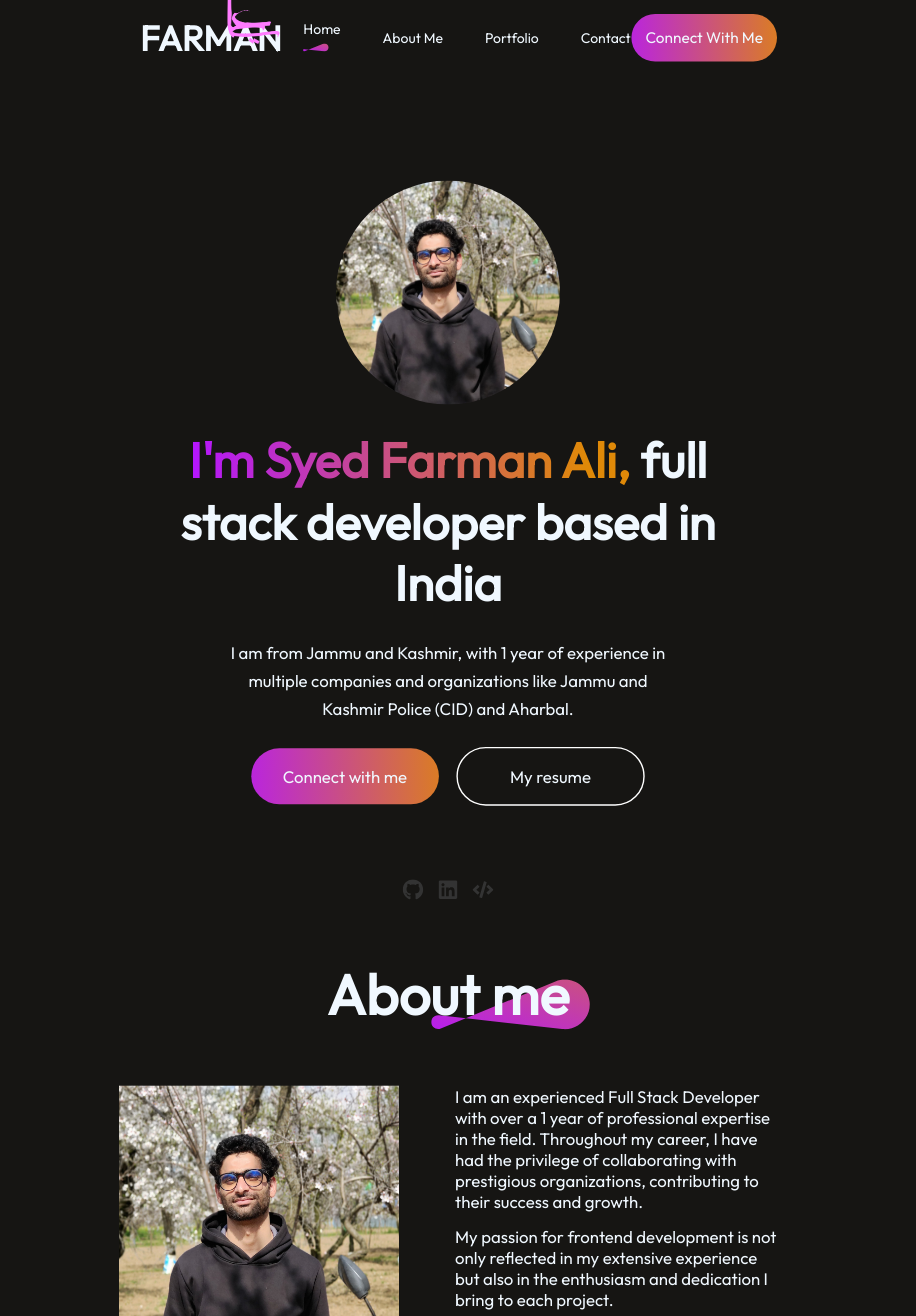
Repository: FARMAN9/portfolio_React
Page: /
The author's editor kept a copy of each file at every save. The page is drawn from the files as they stood at one save, then again after the next save.
The browser window is 1280 px wide. The page is 1309 px wide, so the pictures cover 1309 px, including what lies to the right of the window. The pictures show the part of the page from y = 0 to 1880 px (the page is 4995 px tall), at 70% of full size.
The project was rebuilt for these pictures with package versions that can differ from the ones it lists, and the page was loaded fresh each time. Also part of the build but not shown: vite.config.js.

Above is the page before, as saved 2024-10-16 20:01:12.

### index.html
<!doctype html>
<html lang="en">
  <head>
    <meta charset="UTF-8" />
    <link rel="icon" type="image/svg+xml" href="/bac.svg" />
    <meta name="viewport" content="width=device-width, initial-scale=1.0" />
    <title>Portfoilo</title>
    <link rel="preconnect" href="https://fonts.googleapis.com">
<link rel="preconnect" href="https://fonts.gstatic.com" crossorigin>
<link href="https://fonts.googleapis.com/css2?family=Outfit&display=swap" rel="stylesheet">


  </head>
  <body>
    <div id="root"></div>

    <script type="module" src="/src/main.jsx"></script>
  </body>
</html>

### src/App.jsx

import NavBar from './Components/Navbar/NavBar'
import Hero from './Components/Hero/Hero'
import About from './Components/About/About'
import MyWork from './Components/MyWork/MyWork'
import Contact from './Components/Contact/Contact'
import Footer from './Components/Footer/Footer'
import React from 'react';

function App() {


  return (
  <>
  <NavBar/>
  <Hero/>
  <About/>
  <MyWork/>
  <Contact/>
  <Footer/>
  </>
  )
}

export default App

### src/index.css

*{
  margin: 0;
  padding: 0;

}
body{
  height: 100vh;
  background: #161513;
  color: aliceblue;
  font-family: outfit;
}

### src/Components/Navbar/NavBar.jsx
import React, { useRef, useState,useEffect } from 'react';
import './Navbar.css';
import ali from '../../assets/ali.png'
import backgound from '../../assets/nav_underline.svg'
import AnchorLink from 'react-anchor-link-smooth-scroll'
import menu_open from '../../assets/menu_open.svg'
import menu_close from '../../assets/menu_close.svg'



function NavBar() {



  const [menu,setMenu]=useState('home')
  const menuRef =useRef();
  const openMenu=()=>{
    menuRef.current.style.right='0'
  }
  const closeMenu=()=>{
    menuRef.current.style.right='-350px'
  }
  return (
    <nav className='navbar'>
      <div className='logo'>
      <AnchorLink className='anchor-link' href='#home'>
      <h1>FARMAN</h1>
      <img src={ali} alt="" />
      </AnchorLink>
      </div>
      <img src={menu_open}  onClick={openMenu} alt="" className='nav-mob-open' />

            <ul ref={menuRef} className='nav-menu'>
            <img src={menu_close} alt="" className='nav-mob-close' onClick={closeMenu}/>
             <li> <AnchorLink className='anchor-link' href='#home'><p onClick={()=>setMenu('home')}>Home</p> </AnchorLink>{menu ==='home' ? <img src ={backgound} alt=''/>:<></> }</li>
             <li><AnchorLink className='anchor-link' offset={50} href='#about'><p onClick={()=>setMenu('about')}>About Me</p></AnchorLink>{menu ==='about' ? <img src ={backgound} alt=''/>:<></> }</li>
             <li><AnchorLink className='anchor-link' offset={50} href='#work'><p onClick={()=>setMenu('work')}>Portfolio</p></AnchorLink>{menu ==='work' ? <img src ={backgound} alt=''/>:<></> }</li>
             <li><AnchorLink className='anchor-link' offset={50} href='#contact'><p onClick={()=>setMenu('contact')}>Contact</p></AnchorLink>{menu ==='contact' ? <img src ={backgound} alt=''/>:<></> }</li>
            </ul>
            <div className="nav-connect"><AnchorLink className='anchor-link' offset={50} href='#contact'>Connect With Me</AnchorLink></div>

    </nav>
  )
}

export default NavBar

### src/Components/Hero/Hero.jsx
import "./Hero.css";
import profile from "../../assets/profile.jpg";
import AnchorLink from "react-anchor-link-smooth-scroll";
import { FaGithub, FaLinkedin, FaCode } from "react-icons/fa";
import React, { useRef, useEffect } from "react";
import gsap from "gsap";
import { ScrollTrigger } from "gsap/ScrollTrigger";

// Register ScrollTrigger plugin
gsap.registerPlugin(ScrollTrigger);

function Hero() {
  const hero = useRef(null);

  useEffect(() => {
    gsap.to(hero.current, {
      x: 100,
      rotate: "360",
      duration: 0.5,
      repeat: -1,
      yoyo: true,
      scrollTrigger: {
        trigger: hero.current,
        start: "top bottom",
        end: "top 50%",
        scrub: true,
      },
    });
  }, []);

  return (
    <div id="home" className="hero" ref={hero}>
      <img src={profile} alt="profile" />
      <h1>
        <span className="myname">I'm Syed Farman Ali,</span> full stack
        developer based in India
      </h1>
      <p>
        I am from Jammu and Kashmir, with 1 year of experience in multiple
        companies and organizations like Jammu and Kashmir Police (CID) and
        Aharbal.
      </p>
      <div className="hero-action">
        <div className="hero-connect">
          <AnchorLink className="anchor-link" offset={50} href="#contact">
            Connect with me
          </AnchorLink>
        </div>
        <a
          className="hero-resume"
          href="https://rxresu.me/farman9/python-django-developer">
          My resume
        </a>
      </div>
      <div className="hero-socials">
        <a
          href="https://github.com/farman9"
          target="_blank"
          rel="noopener noreferrer">
          <FaGithub size={30} />
        </a>
        <a
          href="https://www.linkedin.com/in/farman9"
          target="_blank"
          rel="noopener noreferrer">
          <FaLinkedin size={30} />
        </a>
        <a
          href="https://leetcode.com/u/saeedfarman9/"
          target="_blank"
          rel="noopener noreferrer">
          <FaCode size={30} />
        </a>
      </div>
    </div>
  );
}

export default Hero;

### src/Components/About/About.jsx
import React from 'react'
import'./About.css'
import bac from '../../assets/bac.svg'
import profile from '../../assets/profile.jpg'


function About() {
  const skills = [
    { name: 'JavaScript', value: 70 },
    { name: 'Python', value: 80 },
    { name: 'Java', value: 50 },
    { name: 'HTML', value: 75 },
    { name: 'CSS', value: 70 },
    { name: 'Django', value: 60 },
    { name: 'Fastapi', value: 50 },

  ];

  return (
    <div id='about' className='about'>
        <div className="about-title">
            <h1>About me</h1>
            <img src={bac} alt="" />
        </div>
        <div className="about-sections">
        <div className="about-left">
        <img src={profile} alt="" />
       </div>
       <div className="about-right">
       <div className="about-para">
        <p>I am an experienced Full Stack Developer with over a 1 year of professional expertise in the field. Throughout my career, I have had the privilege of collaborating with prestigious organizations, contributing to their success and growth.</p>
        <p>My passion for frontend development is not only reflected in my extensive experience but also in the enthusiasm and dedication I bring to each project.</p>
       </div>
       <div className="about-skills">
        {
            skills.map((skill)=><div className="about-skill" key={skill.name}><p>{skill.name}</p><hr style={{width:`${skill.value}%`}} /></div>)
        }

      </div>
        </div>
        </div>
        <div className="about-achievements">
<div className="about-achievement">
<h1>1</h1>
<p>YEAR OF EXPERIENCE</p>
</div>
<hr />
<div className="about-achievement">
<h1>4+</h1>
<p>PROJECTS COMPLETED</p>
</div>
<hr />
<div className="about-achievement">
<h1>2+</h1>
<p>HAPPY CLIENTS</p>
</div>
</div>
    </div>
  )
}

export default About

### src/Components/MyWork/MyWork.jsx
import React, { useImperativeHandle } from "react";
import "./MyWork.css";
import bac from "../../assets/bac.svg";
import soon from "../../assets/coming_soon.gif";
import port_react from "../../assets/projects/portfilo_react.png";
import myntra from "../../assets/projects/mytra.png";
import youtube from "../../assets/projects/yt.png";
import djano_port from "../../assets/projects/django_port.png";
import dpt from "../../assets/projects/dpt.png";
import nws from "../../assets/projects/news.png";

function MyWork() {
  const mywork_data = [
    {
      w_no: 1,
      w_name: "portfolio_React",
      w_img: port_react,
      link: "https://github.com/FARMAN9/portfolio_React",
    },
    {
      w_no: 2,
      w_name: "mytra",
      w_img: myntra,
      link: "https://github.com/FARMAN9/myntra-clone-",
    },
    {
      w_no: 3,
      w_name: "youtube",
      w_img: youtube,
      link: "https://github.com/FARMAN9/youtube-clone",
    },
    {
      w_no: 4,
      w_name: "portfoilo_django",
      w_img: djano_port,
      link: "https://github.com/FARMAN9/portfoilo_django",
    },
    {
      w_no: 5,
      w_name: "DPS",
      w_img: dpt,
      link: "https://github.com/FARMAN9/Diabetes-prediction",
    },
    {
      w_no: 6,
      w_name: "oldNews_paper ",
      w_img: nws,
      link: "https://oldnews-paper.vercel.app/",
    },
    {
      w_no: 7,
      w_name: "soon",
      w_img: soon,
      link: "",
    },
  ];
  return (
    <div id="work" className="mywork">
      <div className="mywork-title">
        <h1>My Latest work</h1>
        <img src={bac} alt="" />
      </div>

      <div className="mywork-container">
        {mywork_data.map((data, index) => {
          return (
            <div key={index}>
              <a href={data.link}>
                <img src={data.w_img} alt="" />
              </a>
            </div>
          );
        })}
      </div>
    </div>
  );
}

export default MyWork;

### src/Components/Footer/Footer.jsx
import React from "react";
import "./Footer.css";
import ali from "../../assets/ali.png";
import AnchorLink from 'react-anchor-link-smooth-scroll'

function Footer() {
  return (
    <div className="footer">
      <div className="footer-top">
        <div className="footer-top-left">
          <div className="logo">
          <AnchorLink className='anchor-link' offset={50} href='#home'>
            <h1>FARMAN</h1>
            <img src={ali} alt="" />
            </AnchorLink>
          </div>

        </div>
        <p>
        I wanted to take a moment to thank you for visiting my portfolio. Your time and interest in my work are truly appreciated.
        If you have any feedback, questions, or opportunities you'd like to discuss, please don't hesitate to reach out. I'm always eager to connect and explore new possibilities.
          </p>
        <div className="footer-top-right">

        </div>

        </div>
        <hr />

        <div className="footer-bottom">
          <p className="footer-bottm-left">
            {" "}
            © 2024 Syed Farman Ali. All rights reserved.{" "}
          </p>

          <div className="footer-bottom-right">
            <p>Term of Services</p>
            <p>Privacy Policy</p>
            <AnchorLink className='anchor-link' offset={50} href='#contact'> <p>Connect with me</p></AnchorLink>
          </div>
        </div>

    </div>
  );
}

export default Footer;

### src/Components/Navbar/Navbar.css
.navbar{
display: flex ;
align-items: center;
justify-content: space-between;
margin: 20px 170px;
}
.nav-menu{
    display: flex;
    align-items: center;
    list-style: none;
    gap:60px;
    font-size: 20px;

}
.nav-connect
{
    padding: 20px;
    border-radius: 50px;
    background: linear-gradient(267deg,#DA7C25 0.36%,#B923E1 102.0% );
    font-size:22px ;
    cursor: pointer;
    transition: 0.5s;

}
.nav-connect:hover
{
   transform: scale(1.05);

}



.logo{
    position: relative;
    }
.logo h1{
    padding: 0px 30px;
    font-size: 50px;
    font-weight: 600%;
    z-index: -1;

    }


.logo img{
    position: absolute;
    bottom:0;
    right: 0;

    width: 150px;
    height: 150px;

}

.anchor-link{
   text-decoration: none;
   color: aliceblue;
}
.nav-mob-close
{
    display: none;
}
.nav-mob-open{
    display: none;
}


@media(max-width:768px) {
    .navbar{
        margin: 20px 50px;
    }
    .nav-connect{
        display: none;
    }
    .nav-mob-open{
        display: block;
        position: fixed;
        right: 30px;
    }
    .nav-mob-close{
        display: block;
        position: relative;
        top: 30px;
        left: 110px;
        width: 30px;


    }
    .nav-menu{
        position: fixed;
        flex-direction: column;
        align-items: center;
        top:0;
        gap:30px;
        background-color: #1f0016;
        width: 350px;
        height: 100%;
        z-index: 2;
        transition: right 0.5s;
        right: -350px;
    }
    .nav-menu li{
        font-size: 30px;

        padding-left: 0;
        flex-direction: row;
        gap:20px;

    }

}

### src/Components/Hero/Hero.css
.hero {
  display: flex;
  flex-direction: column;
  align-items: center;
  gap: 35px;
}
.hero img {
  margin-top: 150px;
  border-radius: 50%;
  width: 20rem;
  height: 20rem;
}

.hero h1 {
  text-align: center;

  font-weight: 600;
  width: 70%;
  font-size: 70px;
}
.hero h1 span {
  background: linear-gradient(270deg, #df8908 10%, #b415ff 100%);
  background-clip: text;
  -webkit-background-clip: text;
  -webkit-text-fill-color: transparent;
}
.hero-socials img {
  width: 30px;
  height: 30px;
  cursor: pointer;
}
.hero p {
  width: 50%;
  text-align: center;
  font-size: 24px;
  line-height: 40px;
}
.hero-action {
  display: flex;
  align-items: center;
  gap: 25px;
  font-size: 24px;
  font-weight: 500;
  margin-bottom: 50px;
}
.hero-connect {
  padding: 25px 45px;
  border-radius: 50px;
  background: linear-gradient(267deg, #da7c25 0.36%, #b923e1 102%);
  cursor: pointer;
}
.hero-resume {
  padding: 25px 75px;
  border-radius: 50px;
  border: 2px solid #fff;
  cursor: pointer;
  color: aliceblue;
  text-decoration: none;
}

.hero-connect:hover {
  border: 2px solid white;
}
.hero-resume:hover {
  border-color: #b415ff;
}
.hero-socials {
  margin-top: 20px;
}

.hero-socials a {
  margin: 0 10px;
  color: #333;
  transition: color 0.3s;
}

.hero-socials a:hover {
  color: #b415ff; /* You can change this color to match the theme */
}
@media (max-width: 768px) {
  .hero img {
    margin-top: 120px;
    width: 260px;
  }
  .hero h1 {
    margin-top: 50px;
    width: 90%;
    font-size: 50px;
  }
  .hero p {
    width: 60%;
    font-size: 18px;
    line-height: 32px;
    margin: 10px 0px;
  }
  .hero-action {
    gap: 16px;
    font-size: 18px;
    font-weight: 500;
    margin-bottom: 50px;
  }
  .hero-connect {
    padding: 20px 30px;
    border-radius: 40px;
  }
  .hero-resume {
    padding: 20px 50px;
    border-radius: 40px;
  }
}

### src/Components/MyWork/MyWork.css
.mywork{
    display: flex;
    flex-direction: column;
    align-items: center;
    justify-content: center;
    gap:80px;
    margin: 80px 170px;
}
.mywork-title{
    position: relative;
}
.mywork-title h1{
    padding: 0px 30px;
        font-size: 80px;
        font-weight: 600%;
}
.mywork-title img{
    position: absolute;
        bottom: 0;
        right: 0;
        z-index: -1;
}

.mywork-container{
    display: grid;
    grid-template-columns: 1fr 1fr 1fr ;
    gap :40px;
}

.mywork-container img {
    box-sizing: border-box;
    width: 419px;
    height: 280px;
    transition: 0.3s;
    cursor: pointer;
}
.mywork-container img:hover {
   transform: scale(1.10);
   border: 4px solid #ff00ff;
   border-radius: 10px;
   transition: 0.3s;
}


@media(max-width:768px){
    .mywork{
        gap: 50px;
        margin: 50px 70px;
        align-items: start;
    }
    .mywork-title h1{
        padding: 0;
        font-size: 50px;
        font-weight: 600;

    }
    .mywork-title img{
        width: 130px;
        margin-right:-20px;
    }
    .mywork-container{
        grid-template-columns: 1fr 1fr;
    }
    .mywork-container img{
        width: 100%;
        height: 100%;
    }


}

### src/Components/Footer/Footer.css


.logo{
    position: relative;
    }
.logo h1{
    padding: 0px 30px;
    font-size: 50px;
    font-weight: 600%;
    z-index: -1;
    }
.logo img{
    position: absolute;
    bottom:0;
    right: 0;
    width: 150px;
    height: 150px;

}


.footer{
 margin: 50px 170px;
 display: flex;
 flex-direction: column;
 gap: 30px;
}
.footer-top{
    display: flex;
    justify-content: space-between;
}
.footer-top-left{
    display: flex;
    align-items: center;


}
.footer-top-left p{
   font-size: 15px;
   max-width: 500px;
}

.footer-bottom{
    display: flex;
    justify-content: space-between;
    font-size: 18px;

}
.footer-bottom-right{
    display: flex;
    gap:50px;
    margin-bottom: 50px;


}
@media(max-width:768px)
{
    .footer{
        margin: 50px 70px;
    }
    .footer-top{
        flex-direction: column;
        gap: 50px;
    }
    .footer-bottom{
        display: flex;
        flex-direction: column-reverse;
        margin-bottom: 50px;

    }
}

Loaded but not shown: src/main.jsx (common file); src/Components/Contact/Contact.css (207 lines, source omitted); src/Components/Contact/Contact.jsx (91 lines, source omitted); src/Components/About/About.css (174 lines, source omitted)

After the next save:
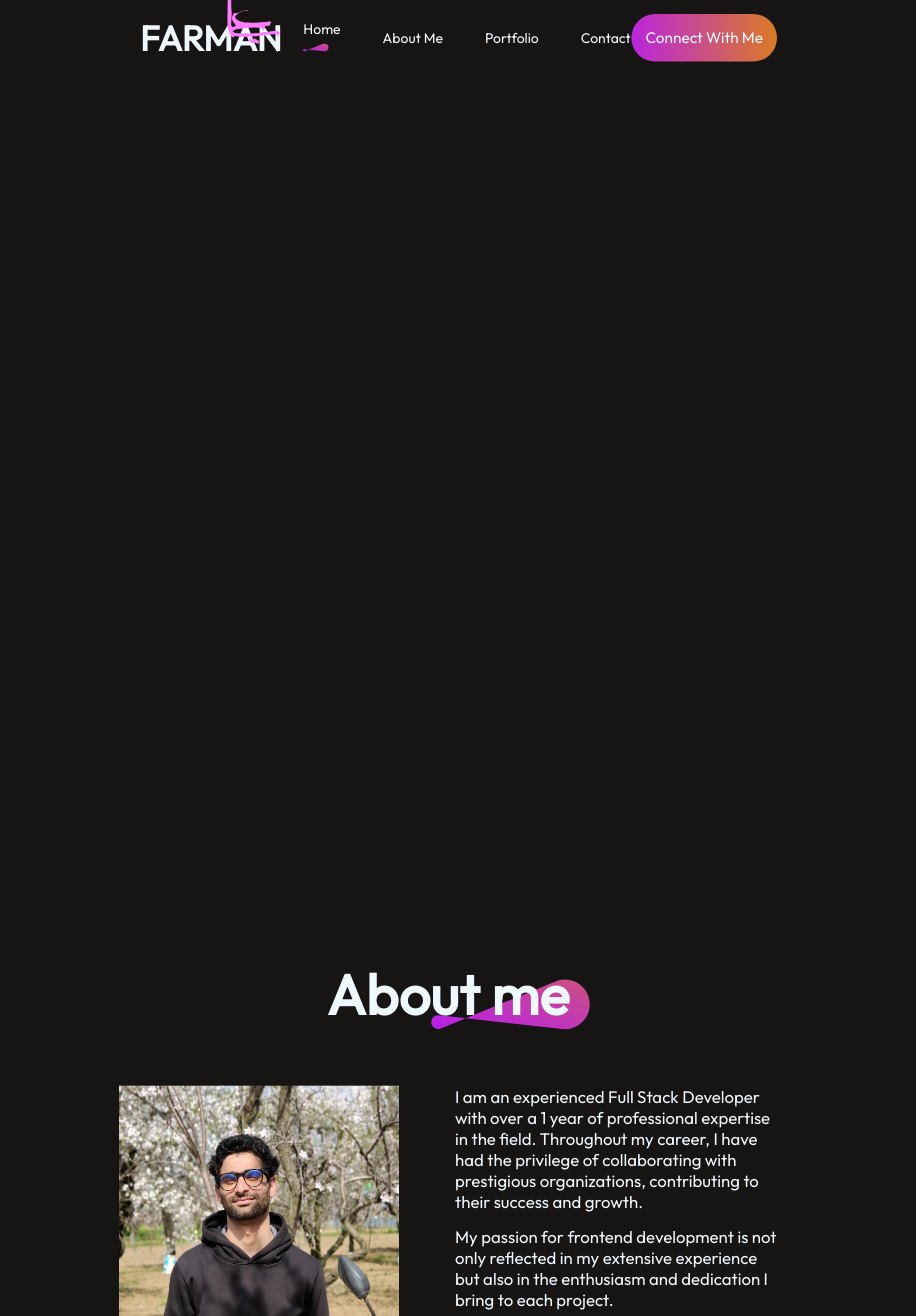
Saved 74 s later.
--- a/src/Components/Hero/Hero.jsx
+++ b/src/Components/Hero/Hero.jsx
@@ -13,19 +13,27 @@
   const hero = useRef(null);
 
   useEffect(() => {
-    gsap.to(hero.current, {
-      x: 100,
-      rotate: "360",
-      duration: 0.5,
-      repeat: -1,
-      yoyo: true,
-      scrollTrigger: {
-        trigger: hero.current,
-        start: "top bottom",
-        end: "top 50%",
-        scrub: true,
-      },
-    });
+    // Complex GSAP animation
+    gsap.fromTo(
+      hero.current,
+      { x: -100, opacity: 0, scale: 0.8, rotate: "0" },
+      {
+        x: 100,
+        opacity: 1,
+        scale: 1.2,
+        rotate: "360deg",
+        duration: 2,
+        repeat: -1,
+        yoyo: true,
+        ease: "elastic.out(1, 0.5)",
+        scrollTrigger: {
+          trigger: hero.current,
+          start: "top bottom", // Starts when the element hits the bottom of the viewport
+          end: "top 50%", // Ends when the element is halfway in the viewport
+          scrub: true, // Smooth scrolling animation
+        },
+      }
+    );
   }, []);
 
   return (

After the 5 saves that followed:
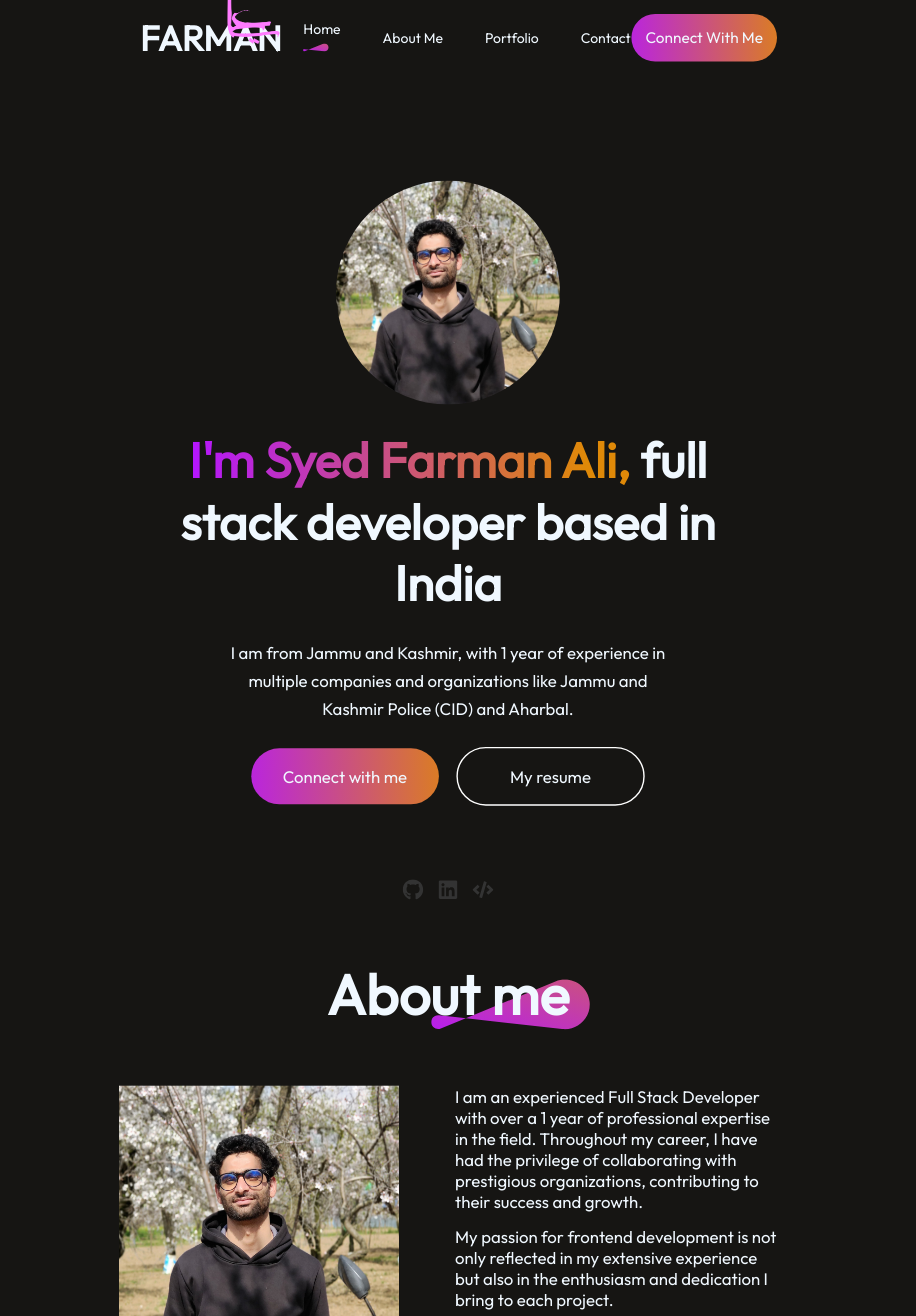
The 5 saves are shown as one change because 1 did not build or start and 2 left the picture as it was and some came seconds apart.
The last was saved 82 s later.
--- a/src/Components/Hero/Hero.jsx
+++ b/src/Components/Hero/Hero.jsx
@@ -11,30 +11,6 @@
 
 function Hero() {
   const hero = useRef(null);
-
-  useEffect(() => {
-    // Complex GSAP animation
-    gsap.fromTo(
-      hero.current,
-      { x: -100, opacity: 0, scale: 0.8, rotate: "0" },
-      {
-        x: 100,
-        opacity: 1,
-        scale: 1.2,
-        rotate: "360deg",
-        duration: 2,
-        repeat: -1,
-        yoyo: true,
-        ease: "elastic.out(1, 0.5)",
-        scrollTrigger: {
-          trigger: hero.current,
-          start: "top bottom", // Starts when the element hits the bottom of the viewport
-          end: "top 50%", // Ends when the element is halfway in the viewport
-          scrub: true, // Smooth scrolling animation
-        },
-      }
-    );
-  }, []);
 
   return (
     <div id="home" className="hero" ref={hero}>
